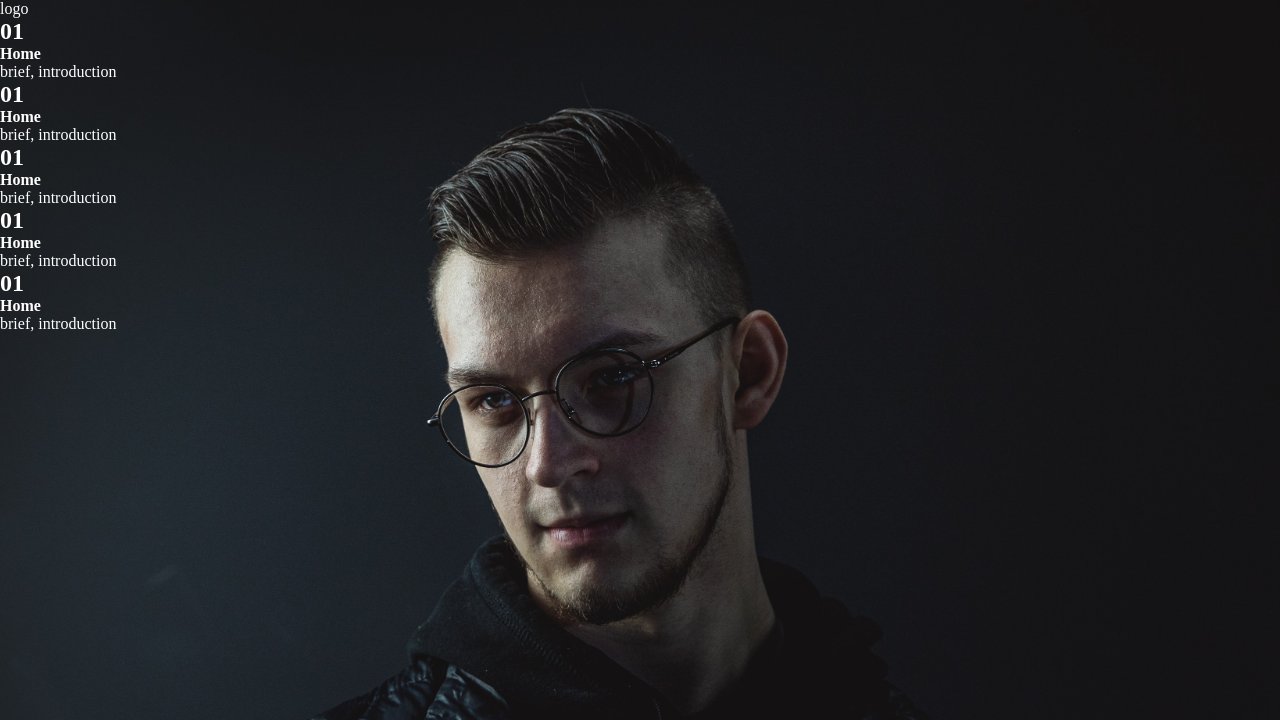
Repository: linco6054/simple-html
Page: index.html
An editor plug-in stored every save of this project. The page is shown before and after a run of saves, followed by the edit.
The browser window is 1280 px wide. The pictures show the whole page.

Above is the page before, as saved 2021-08-16 15:35:21.

### index.html
<!DOCTYPE html>
<html lang="en">
  <head>
    <meta charset="UTF-8" />
    <meta http-equiv="X-UA-Compatible" content="IE=edge" />
    <meta name="viewport" content="width=device-width, initial-scale=1.0" />
    <link rel="stylesheet" href="style.css" />
    <title>Lincoln</title>
  </head>
  <body>
    <section class="sec1">
      <nav>
        <span>logo</span>
        <ul>
          <li>
            <h2>01</h2>
            <h4>Home</h4>
            <p>brief, introduction</p>
          </li>
          <li>
            <h2>01</h2>
            <h4>Home</h4>
            <p>brief, introduction</p>
          </li>
          <li>
            <h2>01</h2>
            <h4>Home</h4>
            <p>brief, introduction</p>
          </li>
          <li>
            <h2>01</h2>
            <h4>Home</h4>
            <p>brief, introduction</p>
          </li>
          <li>
            <h2>01</h2>
            <h4>Home</h4>
            <p>brief, introduction</p>
          </li>
        </ul>
      </nav>
    </section>
  </body>
</html>

### style.css
* {
  margin: 0;
  padding: 0;
}
body {
  max-width: 100%;
  height: auto;
  overflow: hidden;
  color: #fff;
}
section {
  height: 100vh;
  width: 100%;
  overflow: hidden;
}
/* ================================Sectiion 1================================== */
.sec1 {
  background-image: url("./images/bg.jpg");
  background-size: cover;
  background-repeat: no-repeat;
}
nav{
    display
}

After the next 2 saves:
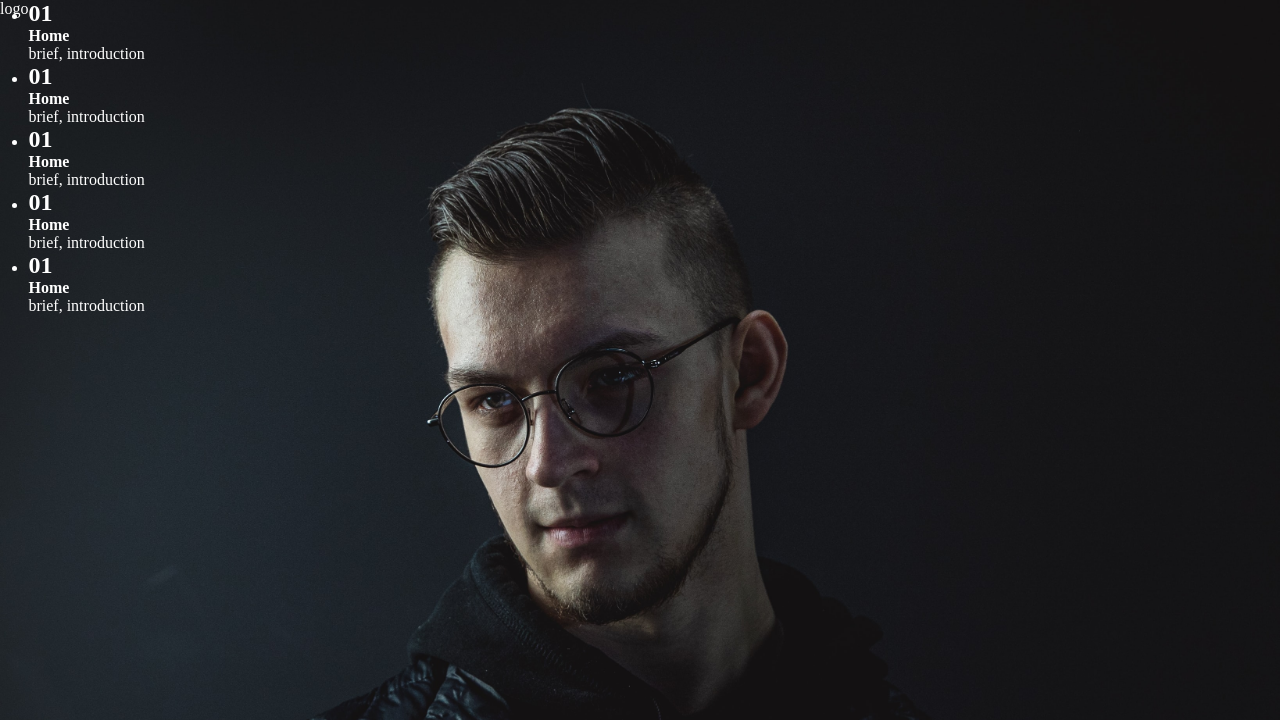
The 2 saves are shown as one change because they came seconds apart.
The last was saved 11 s later.
--- a/style.css
+++ b/style.css
@@ -19,6 +19,6 @@
   background-size: cover;
   background-repeat: no-repeat;
 }
-nav{
-    display
+nav {
+  display: flex;
 }
